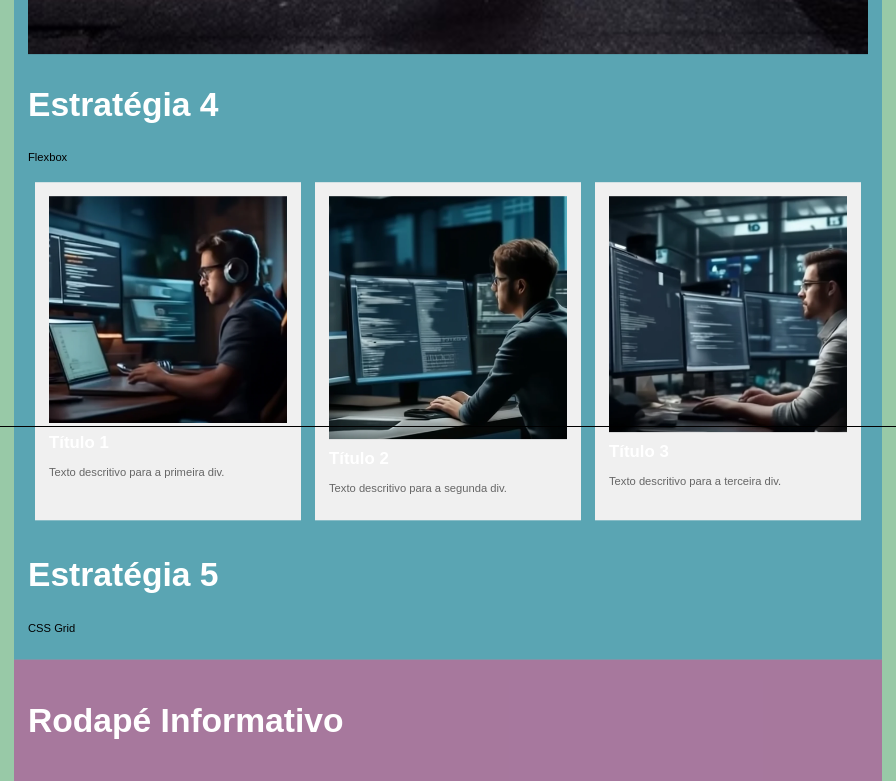
Repository: douglasabnovato/model-lp
Page: index.html
These files come from the project's save history. The page is drawn as it stood at one moment and after the next save; the edit follows.
The browser window is 1280 px wide. The pictures show the part of the page from y = 2296 to 4216 px (the page is 3412 px tall before and 6716 px after), at 70% of full size.

Above is the page before, as saved 2025-02-25 13:16:33.

### index.html
<!DOCTYPE html>
<html lang="pt-br">
  <head>
    <meta charset="UTF-8" />
    <meta name="viewport" content="width=device-width, initial-scale=1.0" />
    <title>Filmes Épicos</title>
    <link rel="stylesheet" type="text/css" href="./style.css" />
  </head>
  <body>
    <header>
      <h2>Meu Site Incrível</h2>
    </header>
    <main>
      <h2>Estratégia 1</h2>
      <p>Mobile-First com Media Queries</p>
      <p>Elementos: header main footer</p>

      <h2>Estratégia 2</h2>
      <p>Flexbox para Layouts Flexíveis</p>
      <p>Estratégia 2</p>
      <div class="flex-container">
        <div class="flex-item">Mobile-First com Media Queries</div>
        <div class="flex-item">Flexbox para Layouts Flexíveis</div>
        <div class="flex-item">CSS Grid para Layouts Complexos</div>
      </div>

      <h2>Estratégia 3</h2>
      <p>CSS Grid para Layouts Complexos</p>
      <p>Estratégia 3</p>
      <div class="grid-container">
        <div class="grid-item">Cabeçalho</div>
        <div class="grid-item">Menu</div>
        <div class="grid-item">Conteúdo</div>
        <div class="grid-item">Rodapé</div>
      </div>

      <h2>Imagem Responsiva</h2>
      <div class="imgResponsive">
        <img
          src="./assets/astronauta-418.jpg"
          alt="Astronauta"
        />
      </div>

      <h2>Estratégia 4</h2>
      <p>Flexbox</p>
      <div class="container">
        <div class="filha">
          <img src="./assets/developer-1.png" alt="Descrição 1">
          <h2>Título 1</h2>
          <p>Texto descritivo para a primeira div.</p>
        </div>
        <div class="filha">
          <img src="./assets/developer-2.png" alt="Descrição 2">
          <h2>Título 2</h2>
          <p>Texto descritivo para a segunda div.</p>
        </div>
        <div class="filha">
          <img src="./assets/developer-3.png" alt="Descrição 3">
          <h2>Título 3</h2>
          <p>Texto descritivo para a terceira div.</p>
        </div>
      </div>

      <h2>Estratégia 5</h2>
      <p>CSS Grid</p>



    </main>
    <footer>
      <h2>Rodapé Informativo</h2>
    </footer>
  </body>
</html>

### style.css
/* Estilos base para mobile */
body {
  font-family: Arial, sans-serif;
  margin: 0;
  background-color: #65691c77;
}

h2 {
  color: white;
  font-size: clamp(2rem, 5vw, 3rem);
}

header,
main,
footer {
  padding: 20px;
}

header {
  background-color: #5b0a8777;
}

main {
  background-color: #157bc077;
}

.flex-container {
  display: flex;
  flex-wrap: wrap;
  gap: 20px;
}

.flex-item {
  background-color: #ccc;
  padding: 20px;
  flex: 1 1 200px;
  box-sizing: border-box;
}

.grid-container {
  display: grid;
  grid-template-areas:
    "header header"
    "menu content"
    "footer footer";
  grid-gap: 10px;
}

.grid-item {
  background-color: #ccc;
  padding: 20px;
}

.grid-item:nth-child(1) {
  grid-area: header;
}

.grid-item:nth-child(2) {
  grid-area: menu;
}

.grid-item:nth-child(3) {
  grid-area: content;
}

.grid-item:nth-child(4) {
  grid-area: footer;
}

.imgResponsive{
    margin: 0;
    padding: 0;
  }

  img {
    width: 100%;
    height: auto;
  }

footer {
  background-color: #b81b9377;
}

/* Media Query para telas maiores */
@media (min-width: 768px) {
  body {
    background-color: #238d4377;
  }

  header,
  main,
  footer {
    max-width: 1200px;
    margin: 0 auto;
  }
}

.container {
    display: flex;
    flex-wrap: wrap; /* Permite que as divs filhas "quebrem" para a próxima linha em telas menores */
    justify-content: space-between; /* Espaça as divs uniformemente */
  }

  .filha {
    flex: 1 1 30%; /* Cresce, encolhe e ocupa inicialmente 30% do espaço */
    box-sizing: border-box; /* Inclui padding e border no total da largura e altura */
    margin: 10px;
    padding: 20px;
    background-color: #f0f0f0;
  }

  .filha img {
    width: 100%;
    height: auto;
  }

  .filha h2 {
    font-size: 1.5em;
    margin-top: 10px;
  }

  .filha p {
    font-size: 1em;
    color: #666;
  }

  @media (max-width: 768px) {
    .filha {
      flex-basis: 100%; /* Em telas menores, cada div filha ocupa 100% da largura */
    }
  }

After the next save:
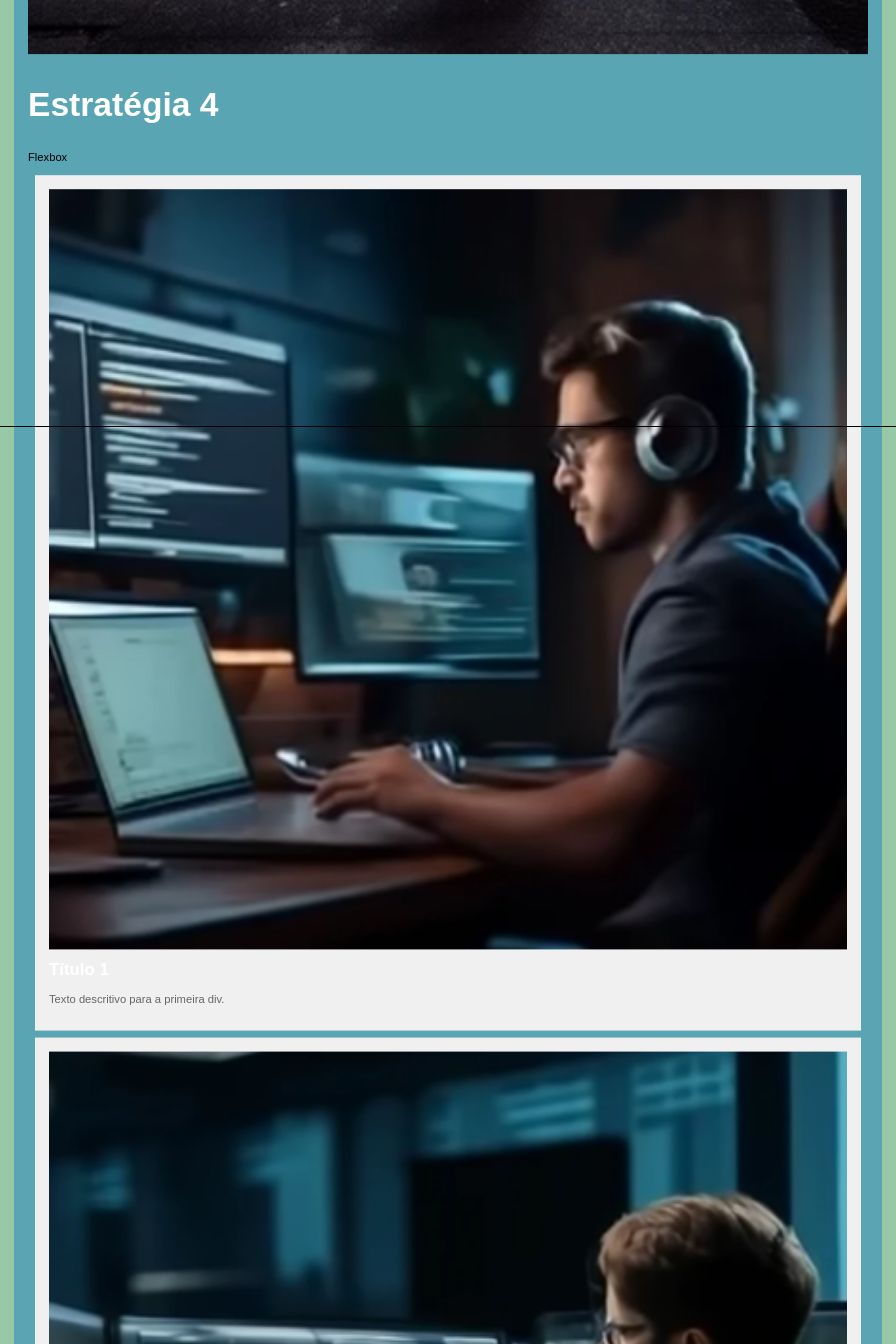
Saved 40 s later.
--- a/index.html
+++ b/index.html
@@ -44,7 +44,7 @@
 
       <h2>Estratégia 4</h2>
       <p>Flexbox</p>
-      <div class="container">
+      <div class="container-flex-mae">
         <div class="filha">
           <img src="./assets/developer-1.png" alt="Descrição 1">
           <h2>Título 1</h2>

After the save that followed:
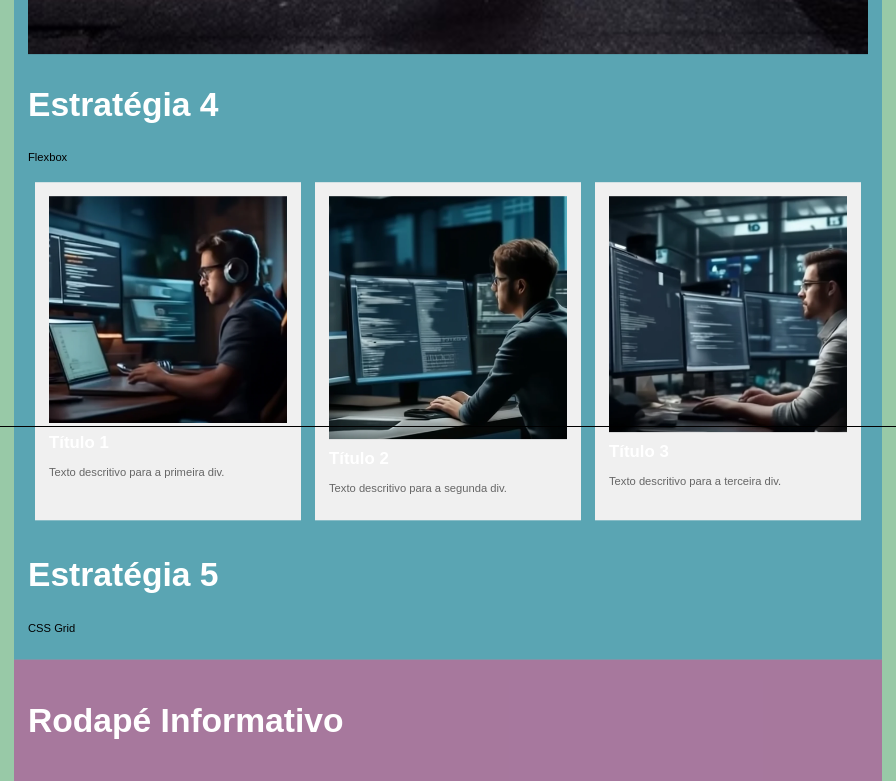
Saved 4 s later.
--- a/style.css
+++ b/style.css
@@ -95,7 +95,7 @@ footer {
   }
 }
 
-.container {
+.container-flex-mae {
     display: flex;
     flex-wrap: wrap; /* Permite que as divs filhas "quebrem" para a próxima linha em telas menores */
     justify-content: space-between; /* Espaça as divs uniformemente */
